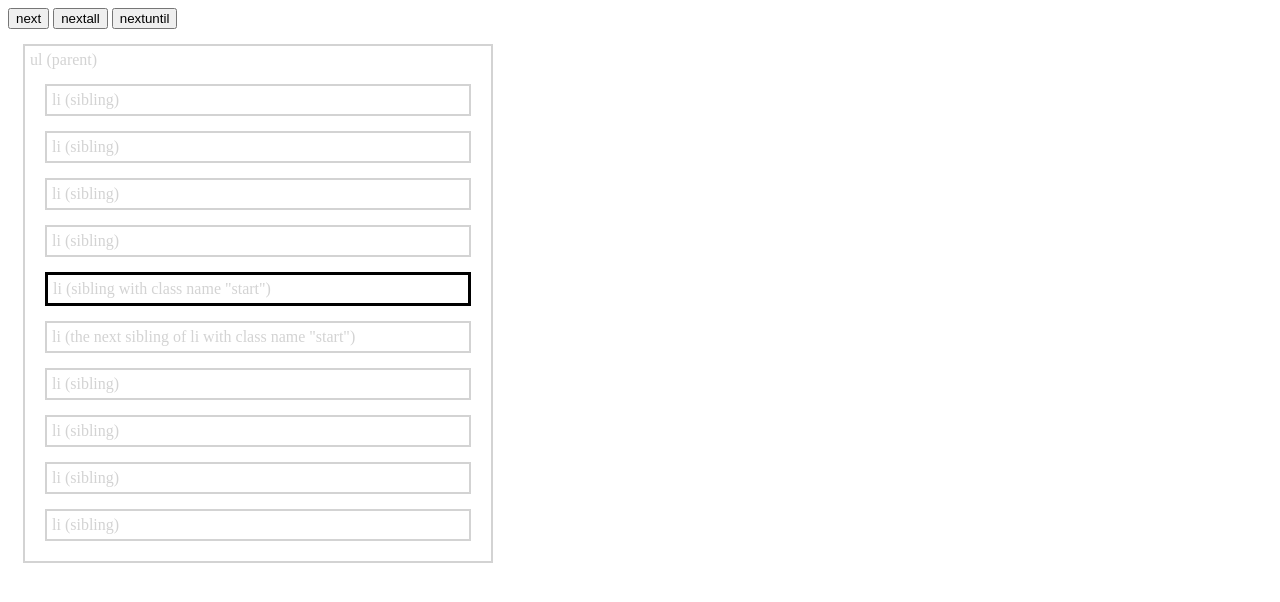
Repository: JJaeHwan/HTML
Page: jquerypro/WebContent/0113/찾기메소드.html
These files come from the project's save history. The page is drawn as it stood at one moment and after the next save; the edit follows.
The browser window is 1280 px wide. The pictures show the whole page.
After loading, the first visible `#nextall` was clicked once.

Above is the page before, as saved 2023-01-13 06:36:45.
Console error: TypeError: $(...).nextALl is not a function

### jquerypro/WebContent/0113/찾기메소드.html
<!DOCTYPE html>
<html>
<head>
	<meta charset="UTF-8">

<style>

.siblings * {
  display: block;
  border: 2px solid lightgrey;
  color: lightgrey;
  padding: 5px;
  margin: 15px;
}
.start{
	border : 3px solid black;

}

</style>

<script src="https://ajax.googleapis.com/ajax/libs/jquery/3.6.1/jquery.min.js"></script>


<script>
$(document).ready(function(){

	$('#next').on('click', function() {

	  $("li.start").next().css({"color": "red", "border": "2px solid red"});


	  })
	  $('#nextall').on('click', function() {
		nextall = $('li.start').nextALl();

		$(nextall).css({"color": "red", "border": "2px solid blue"})
	})

	$('#nextun').on('click', function() {
		vuntil = $('li.start')
	})

});
</script>

</head>

<body>
<input type="button" value="next" id="next">
<input type="button" value="nextall" id="nextall">
<input type="button" value="nextuntil" id="nextun">

<div style="width:500px;" class="siblings">
  <ul>ul (parent)
    <li>li (sibling)</li>
    <li>li (sibling)</li>
    <li>li (sibling)</li>
    <li>li (sibling)</li>
    <li class="start">li (sibling with class name "start")</li> 		<!--↑이전 기준 줄 ↓다음 -->
    <li>li (the next sibling of li with class name "start")</li>
    <li>li (sibling)</li>
    <li>li (sibling)</li>
    <li>li (sibling)</li>
    <li>li (sibling)</li>
  </ul>
</div>

</body>
</html>

After the next save:
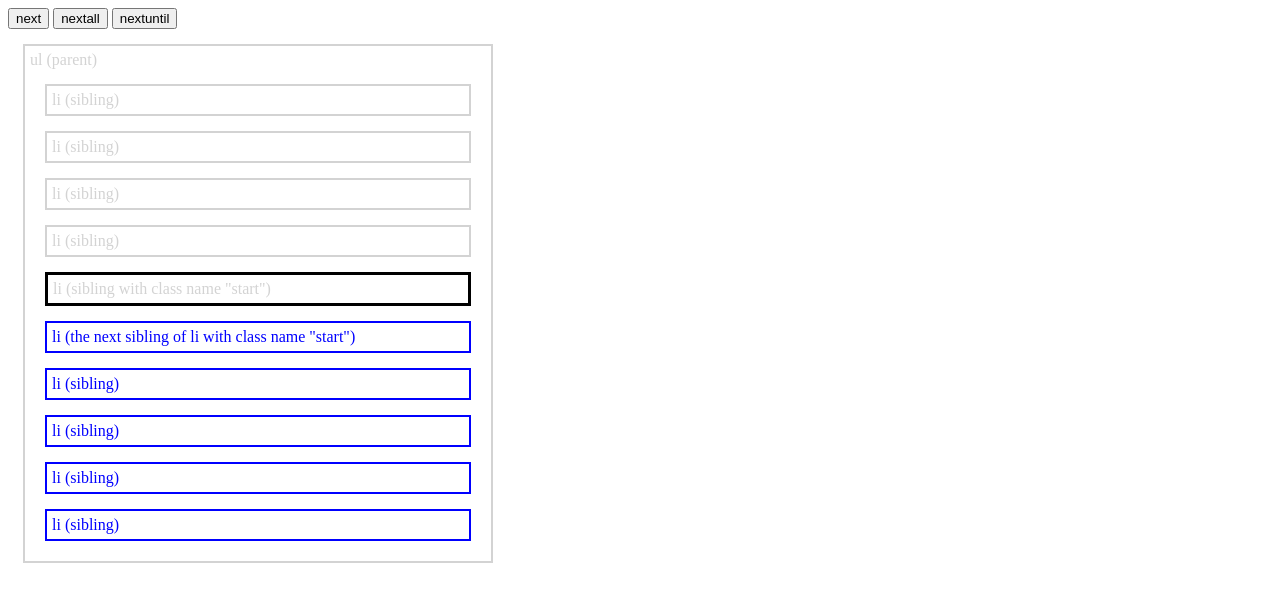
The error is gone.
Saved 30 s later.
--- a/jquerypro/WebContent/0113/찾기메소드.html
+++ b/jquerypro/WebContent/0113/찾기메소드.html
@@ -32,9 +32,9 @@ $(document).ready(function(){
 
 	  })
 	  $('#nextall').on('click', function() {
-		nextall = $('li.start').nextALl();
+		nextall = $('li.start').nextAll();
 
-		$(nextall).css({"color": "red", "border": "2px solid blue"})
+		$(nextall).css({"color": "blue", "border": "2px solid blue"})
 	})
 
 	$('#nextun').on('click', function() {
